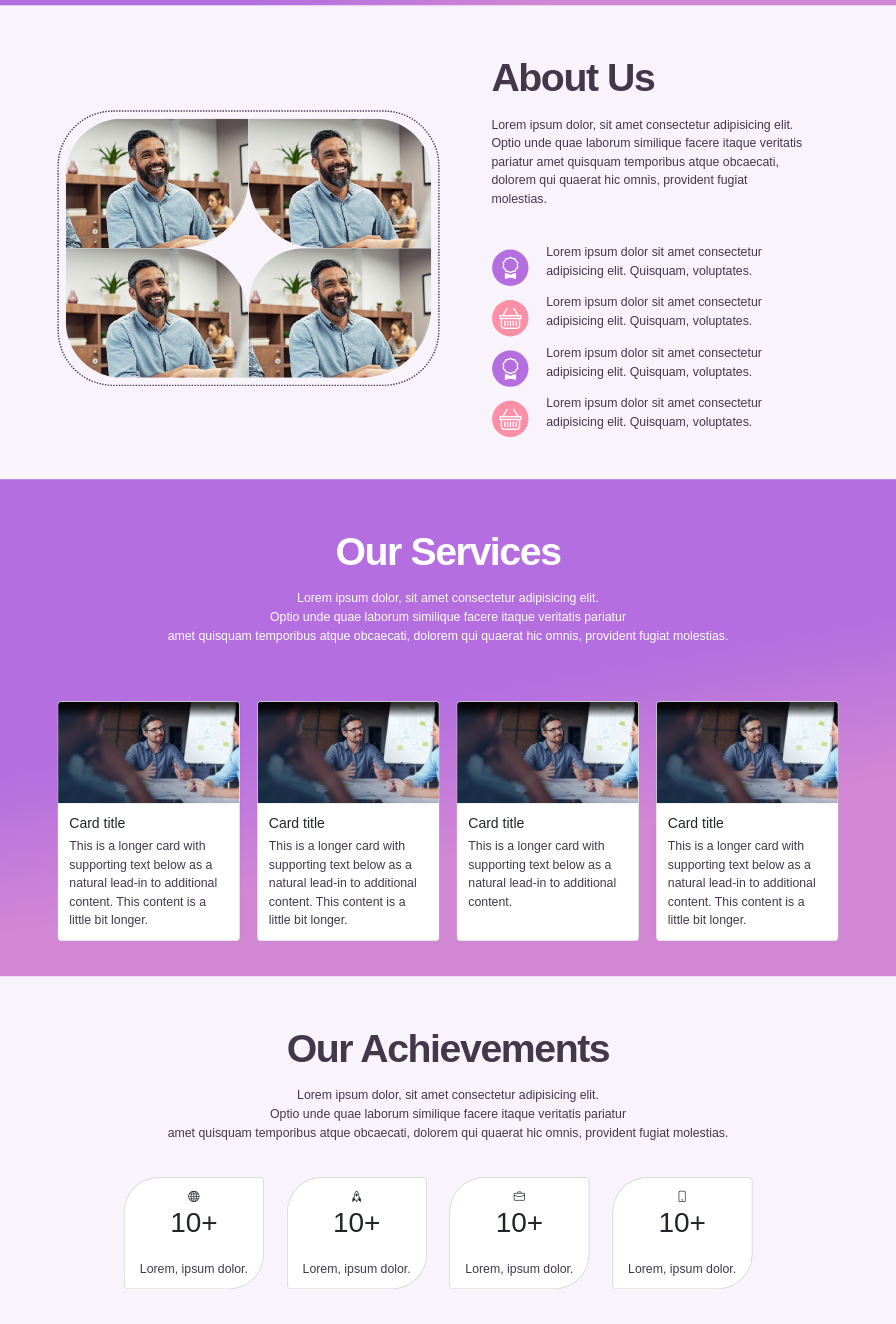
Repository: tagnam/project27012025
Page: index.html
These files come from the project's save history. The page is drawn as it stood at one moment and after a run of saves; the edit follows.
The browser window is 1280 px wide. The pictures show the part of the page from y = 731 to 2651 px (the page is 2623 px tall before and 2651 px after), at 70% of full size.

Above is the page before, as saved 2025-01-28 12:22:42.

After the next 5 saves:
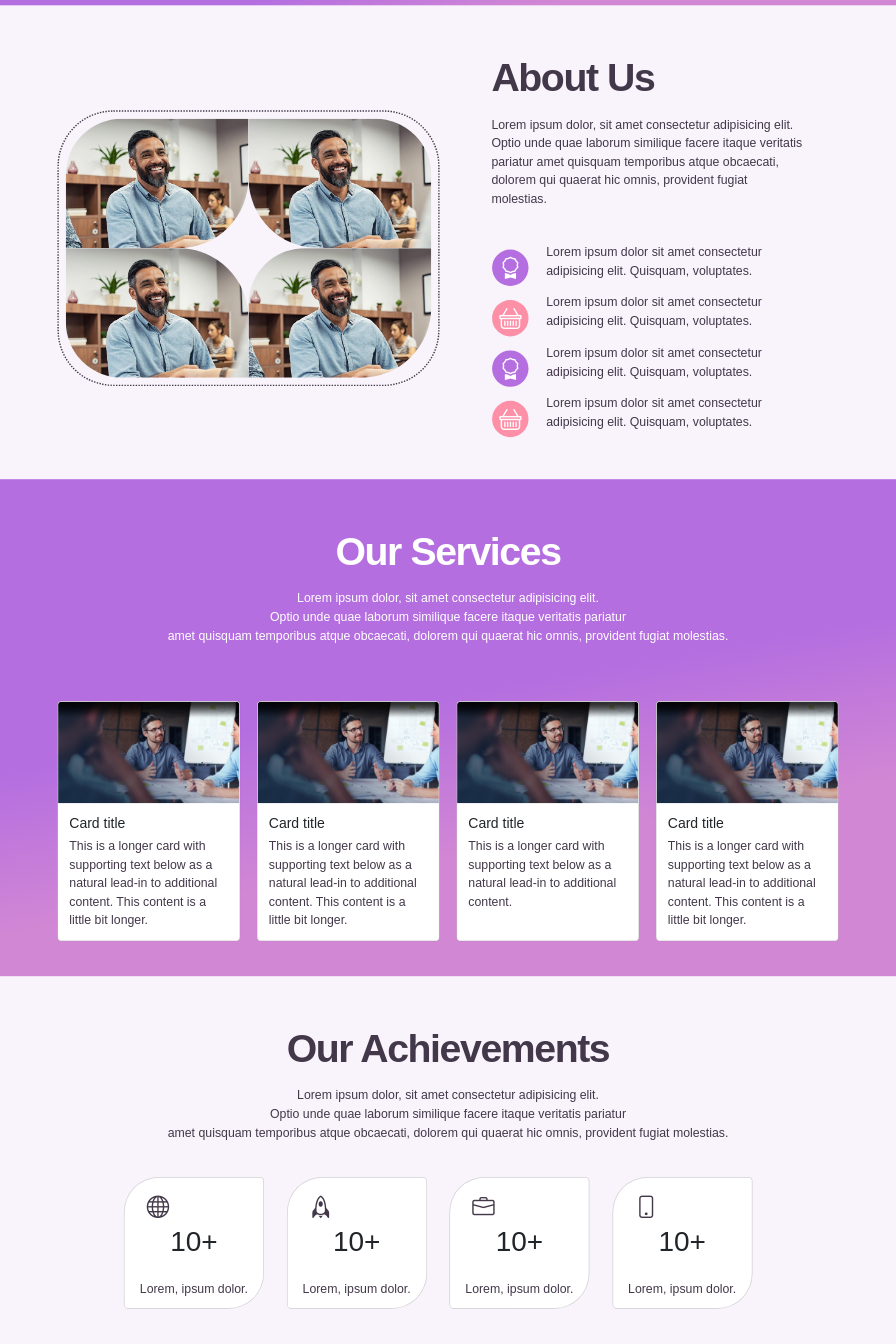
The 5 saves are shown as one change because they came seconds apart.
The last was saved 15 s later.
--- a/style/css/index.css
+++ b/style/css/index.css
@@ -215,7 +215,12 @@ width: 100%;
 
 }
 
-
+.counter .bi{
+    font-size: 2rem;
+    color: var(--dark-color);
+    display: flex;
+    margin: 10px;
+}
 
 .counter-text{
     margin-top: 30px;
